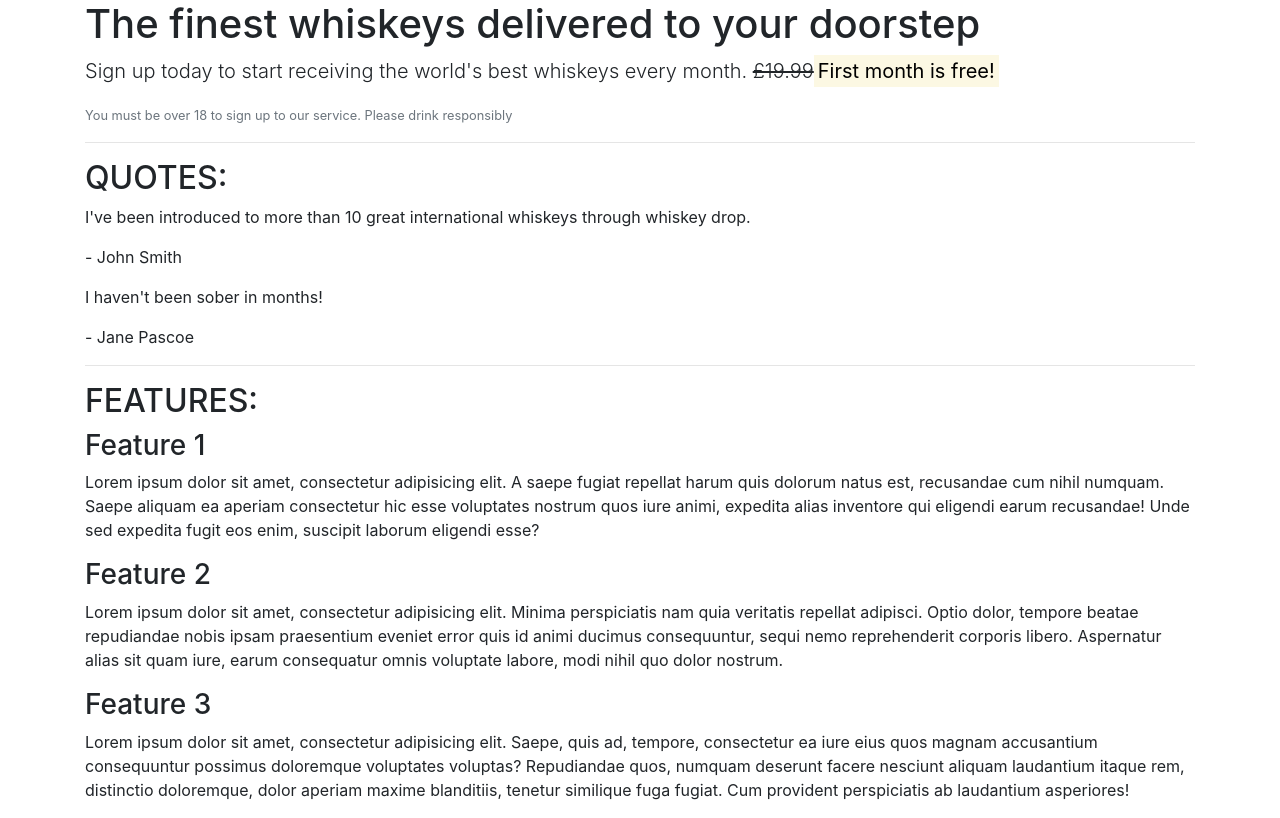
Repository: LouWills/WhiskeyDrop-bootstrap
Page: index.html
The author's editor kept a record of every edit. The page is drawn from the files as they stood at one moment, then again after the next edit.
The browser window is 1280 px wide. The pictures show the whole page.

Above is the page before.
Console error: TypeError: Cannot read properties of undefined (reading 'fn')

### index.html
<!DOCTYPE html>
<html lang="en">
<head>
    <meta charset="UTF-8">
    <meta name="viewport" content="width=device-width, initial-scale=1.0">
    <meta http-equiv="X-UA-Compatible" content="ie=edge">
    <link rel="stylesheet" href="https://stackpath.bootstrapcdn.com/bootstrap/4.3.1/css/bootstrap.min.css" integrity="sha384-ggOyR0iXCbMQv3Xipma34MD+dH/1fQ784/j6cY/iJTQUOhcWr7x9JvoRxT2MZw1T" crossorigin="anonymous">
<script src="https://stackpath.bootstrapcdn.com/bootstrap/4.3.1/js/bootstrap.min.js" integrity="sha384-JjSmVgyd0p3pXB1rRibZUAYoIIy6OrQ6VrjIEaFf/nJGzIxFDsf4x0xIM+B07jRM" crossorigin="anonymous"></script>
    <title>Whiskey Drop_Taste a new whiskey every month</title>
</head>
<body>
   <article class="container">
       <!--callout-->
       <section class="callout">
           <h1>The finest whiskeys delivered to your doorstep</h1>
           <p class="lead">Sign up today to start receiving the world's best whiskeys every month. <s>£19.99</s><strong><mark>First month is free!</mark></strong></p>
           <p class="text-muted"><small>You must be over 18 to sign up to our service. Please drink responsibly</small></p>
       </section>
       <!--/.callout-->
       <hr>

       <!-- Quotes -->
       <section class="quotes">
           <h2 class="text-uppercase">Quotes:</h2>
           <blockquote class="quote">
               <p>I've been introduced to more than 10 great international whiskeys through whiskey drop.</p>
               <p>- John Smith</p>
           </blockquote>
           <blockquote class="quote">
               <p>I haven't been sober in months!</p>
               <p>- Jane Pascoe</p>
           </blockquote>
        </section>
        <!--/.quotes-->

        <hr>

        <!--Features-->
        <section class="features">
            <h2 class="text-uppercase">Features:</h2>
            <div class="feature">
                <h3>Feature 1</h3>
                <p>Lorem ipsum dolor sit amet, consectetur adipisicing elit. A saepe fugiat repellat harum quis dolorum natus est, recusandae cum nihil numquam. Saepe aliquam ea aperiam consectetur hic esse voluptates nostrum quos iure animi, expedita alias inventore qui eligendi earum recusandae! Unde sed expedita fugit eos enim, suscipit laborum eligendi esse?</p>
            </div>
            <div class="feature">
                <h3>Feature 2</h3>
                <p>Lorem ipsum dolor sit amet, consectetur adipisicing elit. Minima perspiciatis nam quia veritatis repellat adipisci. Optio dolor, tempore beatae repudiandae nobis ipsam praesentium eveniet error quis id animi ducimus consequuntur, sequi nemo reprehenderit corporis libero. Aspernatur alias sit quam iure, earum consequatur omnis voluptate labore, modi nihil quo dolor nostrum.</p>
            </div>
            <div class="feature">
                <h3>Feature 3</h3>
                <p>Lorem ipsum dolor sit amet, consectetur adipisicing elit. Saepe, quis ad, tempore, consectetur ea iure eius quos magnam accusantium consequuntur possimus doloremque voluptates voluptas? Repudiandae quos, numquam deserunt facere nesciunt aliquam laudantium itaque rem, distinctio doloremque, dolor aperiam maxime blanditiis, tenetur similique fuga fugiat. Cum provident perspiciatis ab laudantium asperiores!</p>
            </div>
        </section>
   </article>
</body>
</html>

After the next edit:
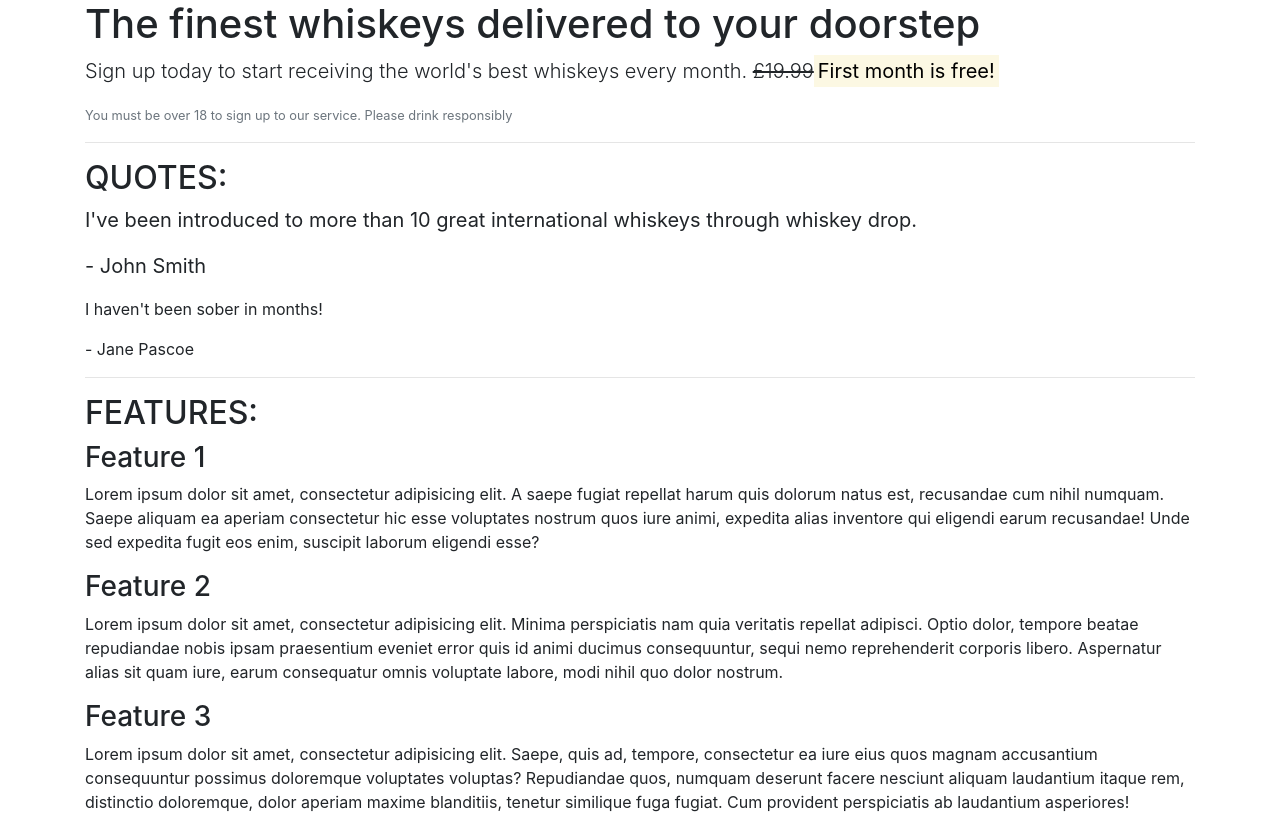
The edit:
--- a/index.html
+++ b/index.html
@@ -22,7 +22,7 @@
        <!-- Quotes -->
        <section class="quotes">
            <h2 class="text-uppercase">Quotes:</h2>
-           <blockquote class="quote">
+           <blockquote class="blockquote">
                <p>I've been introduced to more than 10 great international whiskeys through whiskey drop.</p>
                <p>- John Smith</p>
            </blockquote>
